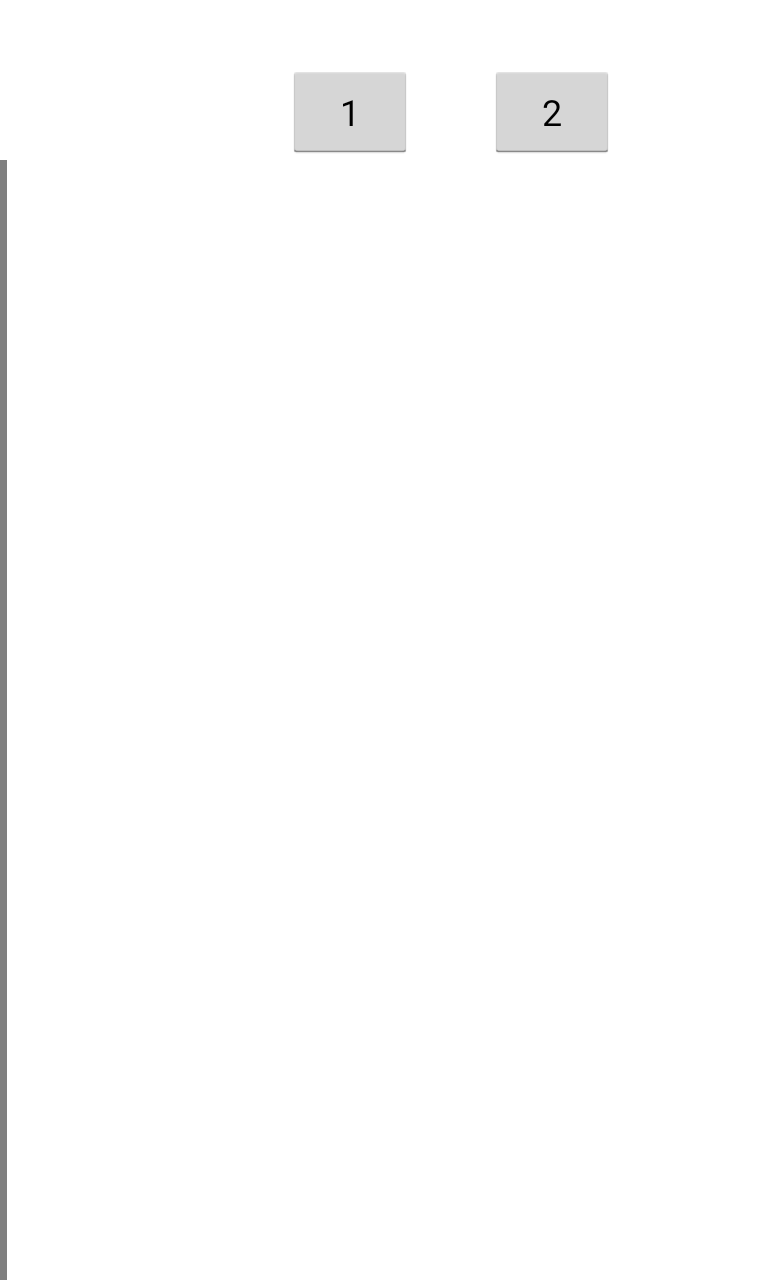
Repository: patilsnehal/AndroidBootCampProjects
Layout: FragmentPlay/res/layout/activity_home.xml
An editor plug-in stored every save of this project. The layout is shown before and after the next save, followed by the edit.
Pictures or frames that could not be fetched are drawn as grey boxes. It is drawn on a 768 x 1280 px phone screen (xhdpi) without system bars, with theme AppTheme; the app's code is not run.

Above is the layout before, as saved 2014-09-24 01:06:19.

After the next save:
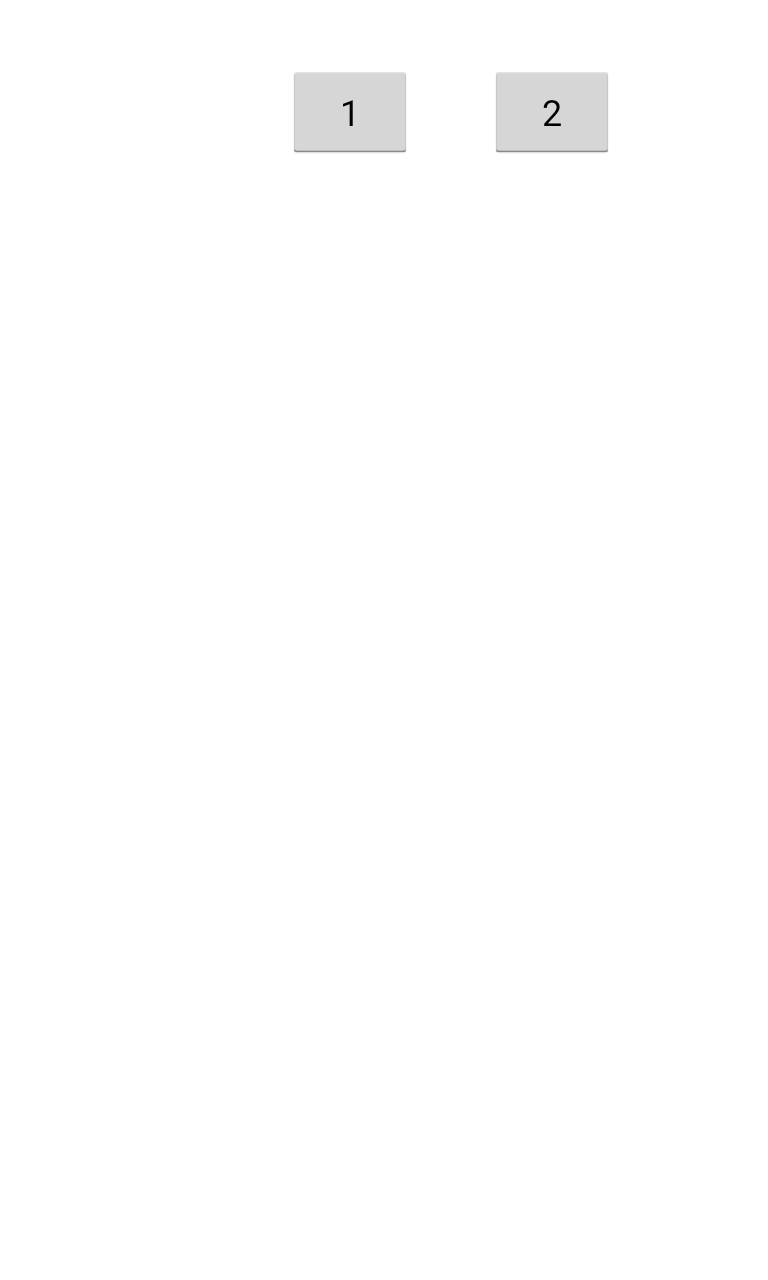
Saved 2 min 1 s later.
--- a/FragmentPlay/res/layout/activity_home.xml
+++ b/FragmentPlay/res/layout/activity_home.xml
@@ -26,13 +26,4 @@
         android:onClick="onFragmentOne"
         android:text="1" />
 
-    <fragment
-        android:id="@+id/fragment1"
-        android:name="OneFragment"
-        android:layout_width="wrap_content"
-        android:layout_height="wrap_content"
-        android:layout_alignParentBottom="true"
-        android:layout_alignParentLeft="true"
-        android:layout_below="@+id/button1" />
-
 </RelativeLayout>
